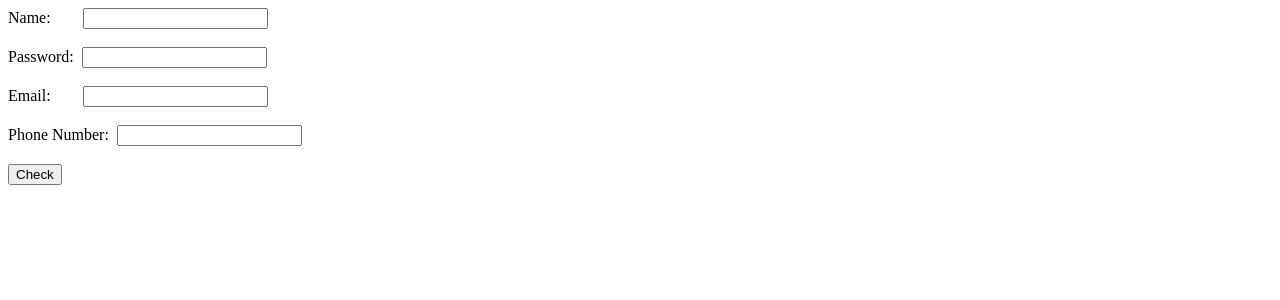
Repository: nikhilbad7/jsp-practicals
Page: classwork/WebContent/exp10.html
The author's editor kept a copy of each file at every save. The page is drawn from the files as they stood at one save, then again after the next save.
The browser window is 1280 px wide. The pictures show the whole page.

Above is the page before, as saved 2018-04-09 19:09:26.

### classwork/WebContent/exp10.html
<!DOCTYPE html>
<html>
	<head>
		<title>REGISTRATION PAGE</title>
	</head>
	<body>
		<form action="Exp10.jsp">
		 Name: &nbsp;&nbsp;&nbsp;&nbsp;&nbsp;&nbsp;&nbsp;<input type="text" name="name"  /><br/><br/>
		 Password: &nbsp;<input type="password" name="pass"  /><br/><br/>
		 Email: &nbsp;&nbsp;&nbsp;&nbsp;&nbsp;&nbsp;&nbsp;<input type="email" name="email"  /><br/><br/>
		 Phone Number: &nbsp;<input type="text" name="phn"  /><br/><br/>
			<input type="submit" value="Check" />
		</form>
	</body>
</html>

After the next save:
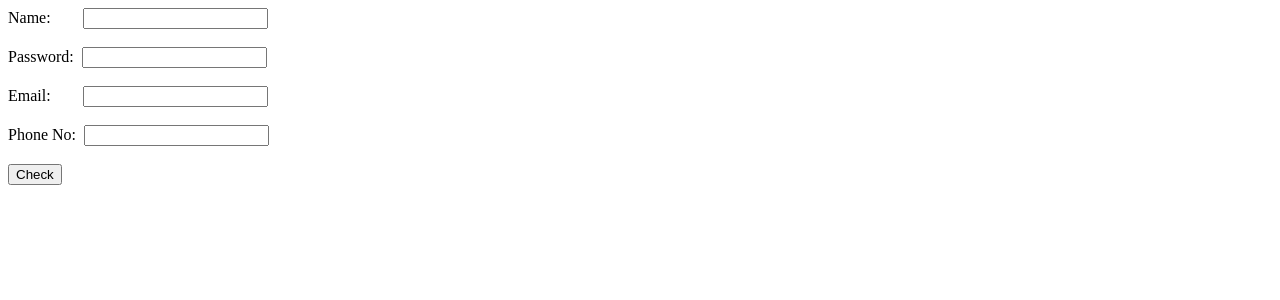
Saved 16 s later.
--- a/classwork/WebContent/exp10.html
+++ b/classwork/WebContent/exp10.html
@@ -8,7 +8,7 @@
 		 Name: &nbsp;&nbsp;&nbsp;&nbsp;&nbsp;&nbsp;&nbsp;<input type="text" name="name"  /><br/><br/>
 		 Password: &nbsp;<input type="password" name="pass"  /><br/><br/>
 		 Email: &nbsp;&nbsp;&nbsp;&nbsp;&nbsp;&nbsp;&nbsp;<input type="email" name="email"  /><br/><br/>
-		 Phone Number: &nbsp;<input type="text" name="phn"  /><br/><br/>
+		 Phone No: &nbsp;<input type="text" name="phn"  /><br/><br/>
 			<input type="submit" value="Check" />
 		</form>
 	</body>
